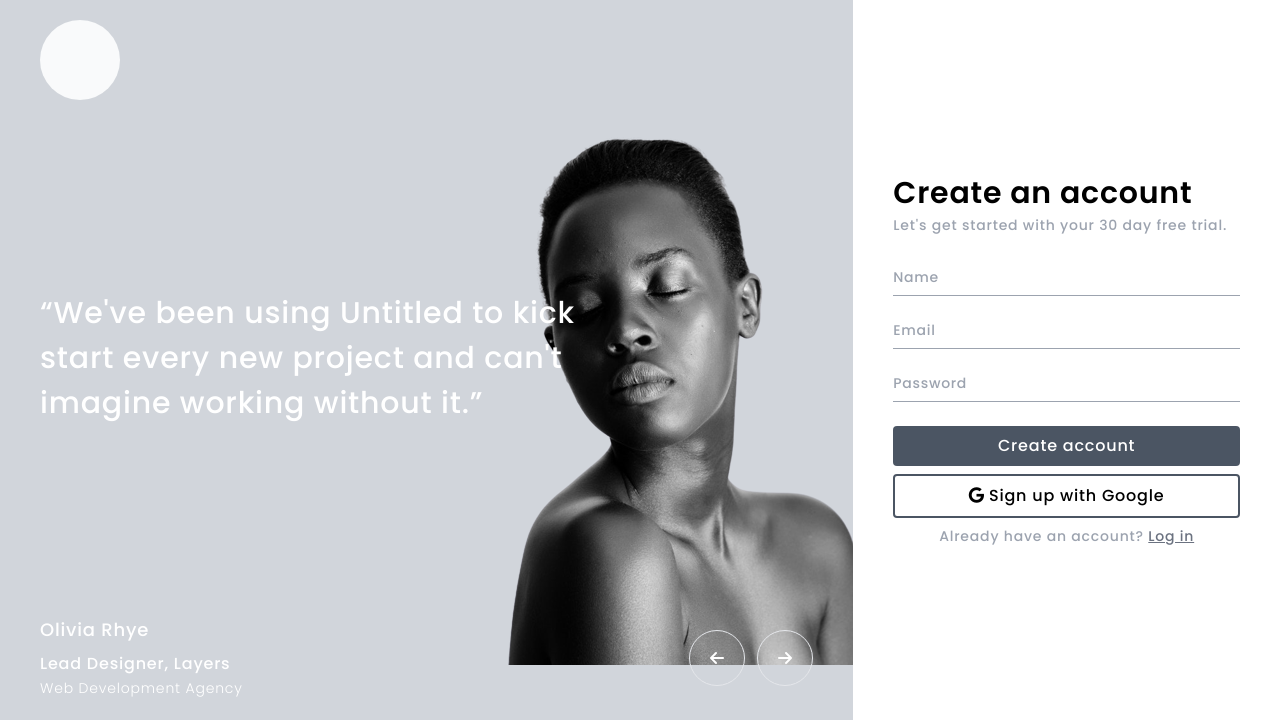
Repository: debthebuilder/youtube-html-contact-form-tailwindcss
Page: contact.html
These files come from the project's save history. The page is drawn as it stood at one moment and after the next save; the edit follows.
The browser window is 1280 px wide. The pictures show the whole page.
Some web libraries are served in a nearby version.

Above is the page before, as saved 2022-08-03 07:08:23.

After the next save:
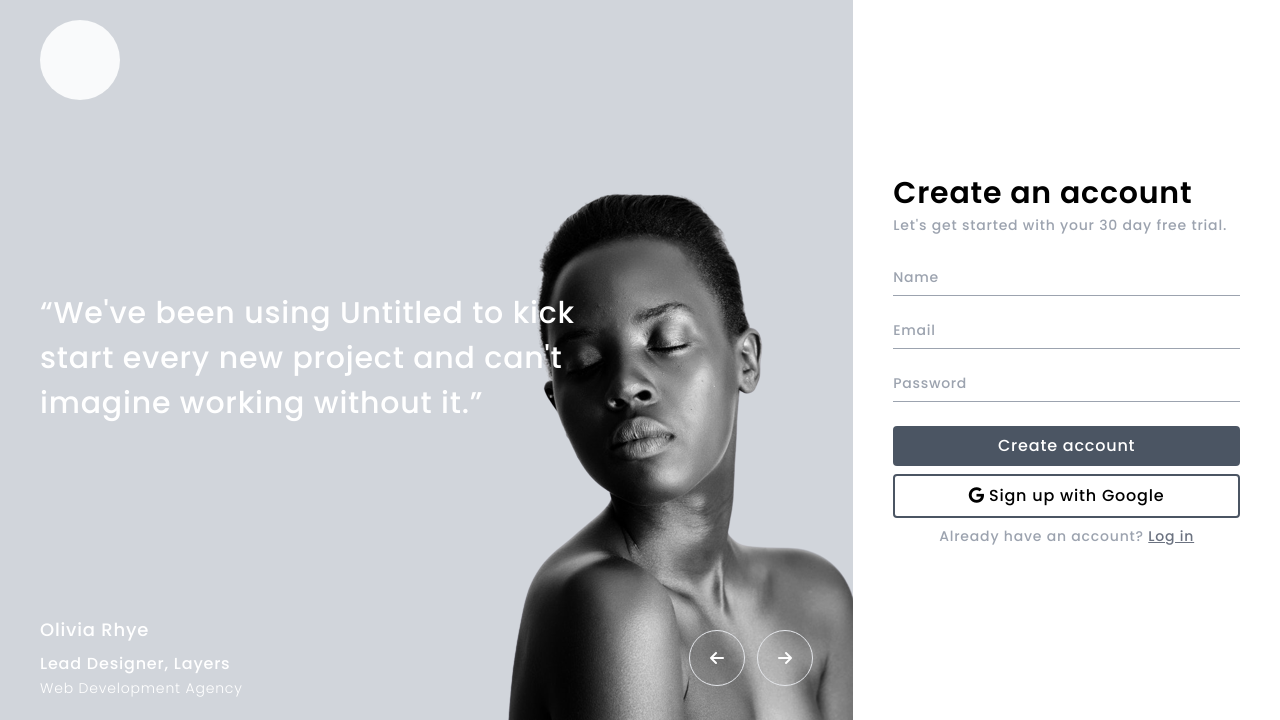
Saved 91 s later.
--- a/stylesheet.css
+++ b/stylesheet.css
@@ -5,5 +5,5 @@ body{
 .bgImg {
     width: 100%;
     background: url(/assets/bg2.png) no-repeat;
-    background-position: right;
+    background-position: right bottom;
 }
